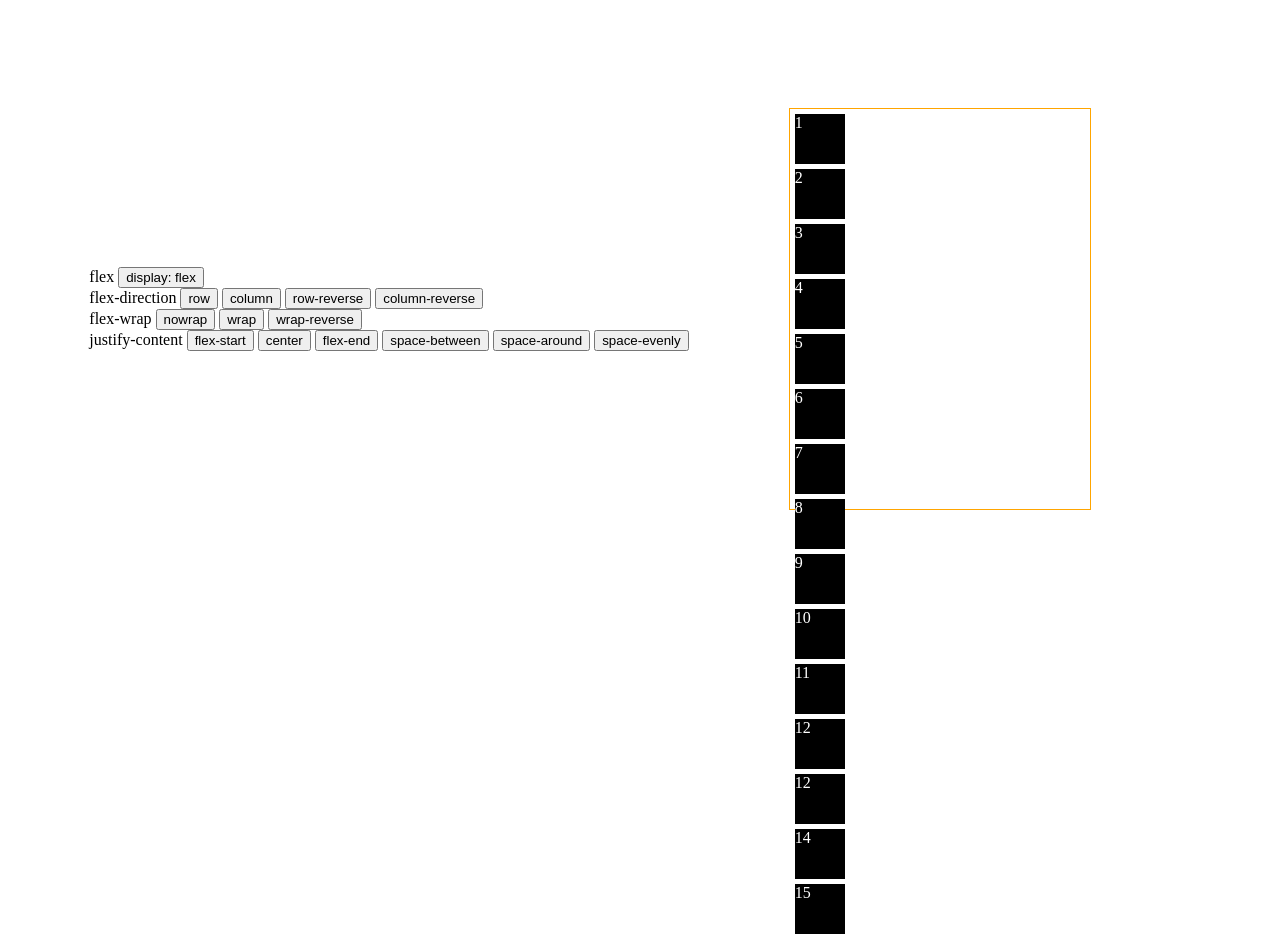
Repository: eeoooo/MINI-PROJECTS-HTML-CSS
Page: 220730-PracticeCSSFlex/index.html
The author's editor kept a copy of each file at every save. The page is drawn from the files as they stood at one save, then again after the next save.
The browser window is 1280 px wide. The pictures show the whole page.

Above is the page before, as saved 2022-07-30 19:49:36.

After the next save:
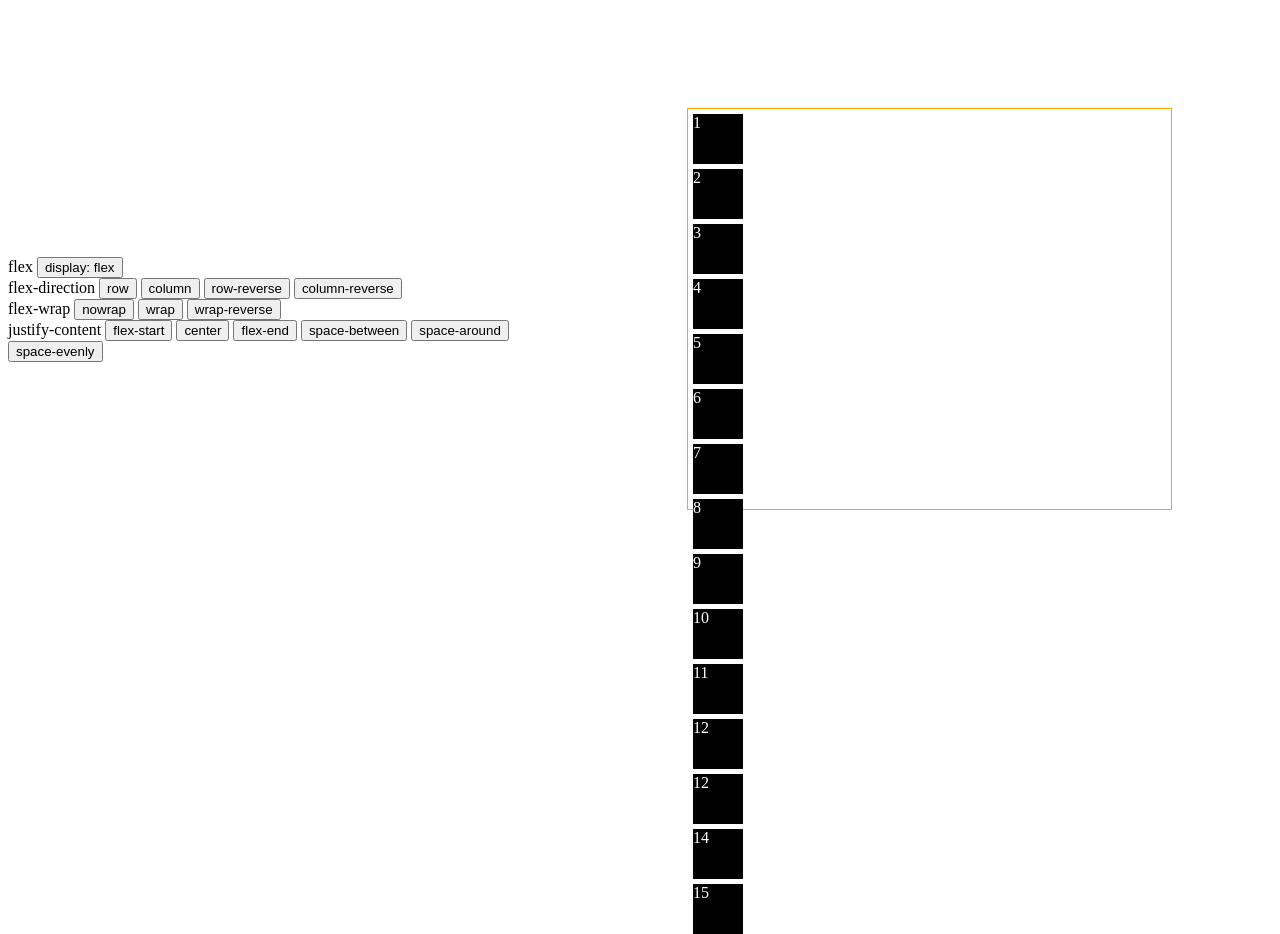
Saved 29 s later.
--- a/220730-PracticeCSSFlex/style.css
+++ b/220730-PracticeCSSFlex/style.css
@@ -4,7 +4,7 @@ body {
   align-items: center;
 }
 .container {
-  width: 300px;
+  width: 500px;
   height: 400px;
   border: 1px solid orange;
   margin: 100px;
